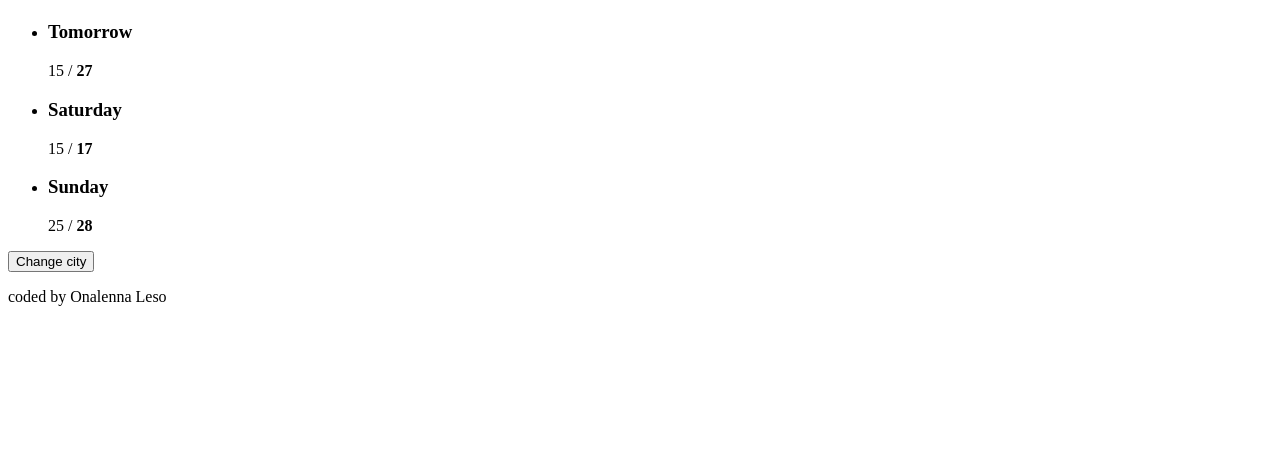
Repository: onalennaleso/empty
Page: homework w1.html
An editor plug-in stored every save of this project. The page is shown before and after the next save, followed by the edit.
The browser window is 1280 px wide. The pictures show the whole page.

Above is the page before, as saved 2024-02-01 23:52:37.

After the next save:
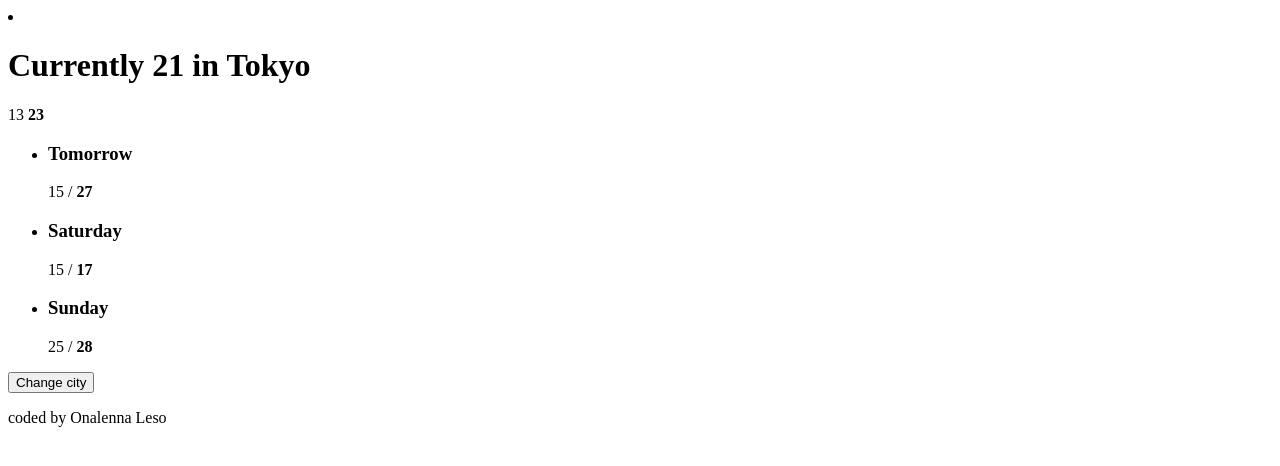
Saved 6 min 16 s later.
--- a/homework w1.html
+++ b/homework w1.html
@@ -8,7 +8,12 @@
 </head>
 
 <body>
-    <h1></h1>
+    <li>
+        <h1>
+            Currently 21 in Tokyo
+        </h1>
+        <p> 13 <strong> 23 </strong></p>
+    </li>
     <div>
         <ul>
             <li>
